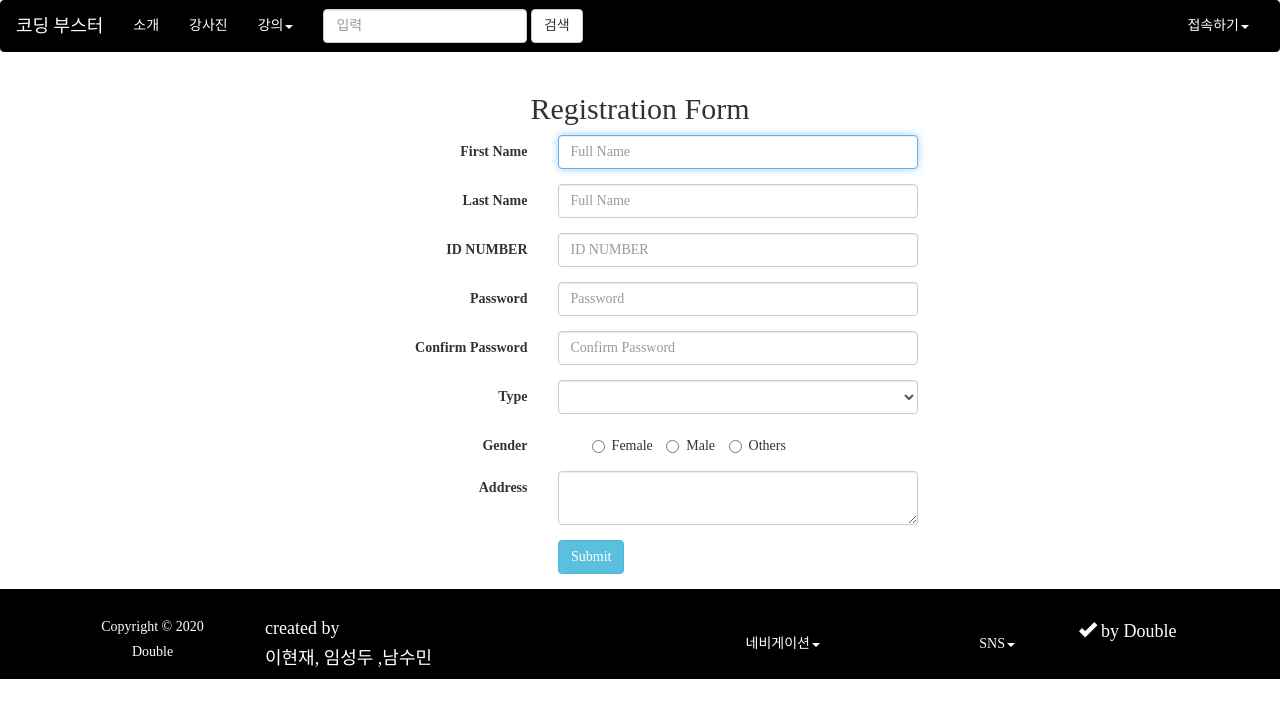
Repository: CSID-DGU/2020-1-ESCD-DOUBLE
Page: http://localhost/web/WEB-INF/views/register/registerForm.jsp
The author's editor kept a copy of each file at every save. The page is drawn from the files as they stood at one save, then again after the next save.
The browser window is 1280 px wide. The pictures show the whole page.
Some web fonts or font styles are not loaded; a fallback is used. Some web libraries are served in a nearby version. The page is served by Tomcat 9. Nobody is signed in. The template is opened directly, without the code that normally fills it, so the values that code supplies are empty.

Above is the page before, as saved 2020-04-29 07:57:20.

After the next save:
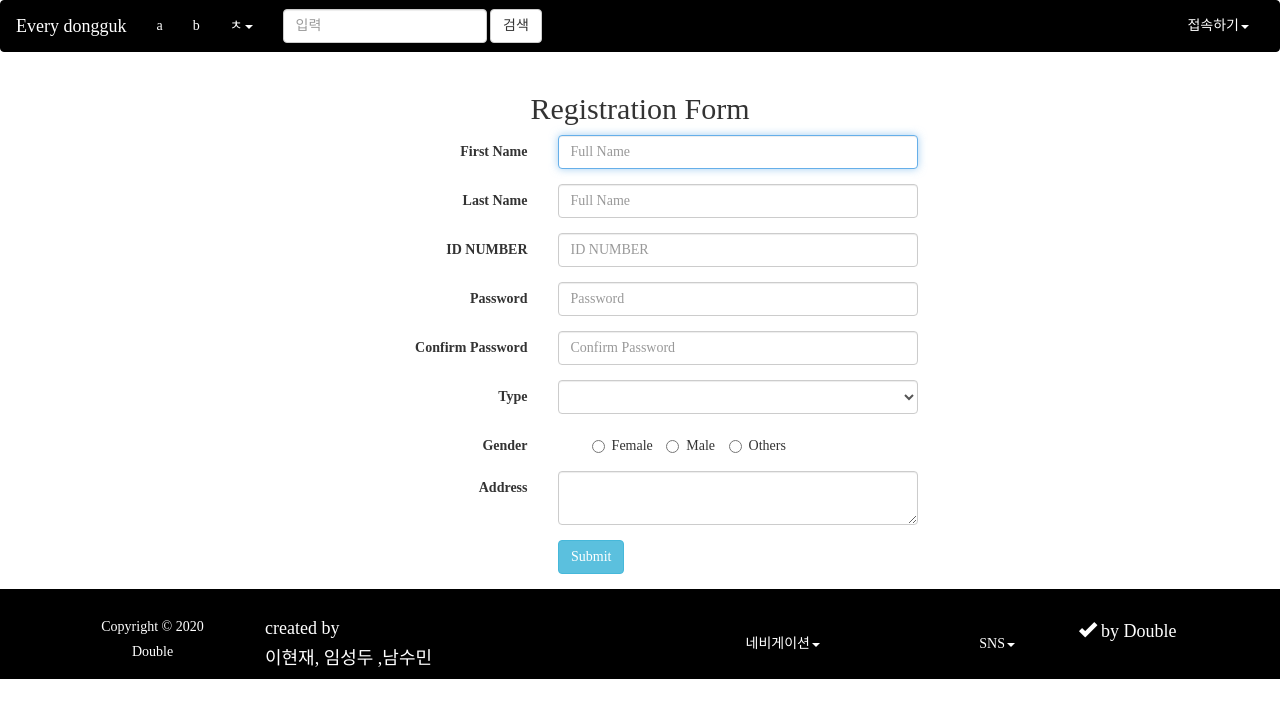
Saved 10 s later.
--- a/web/src/main/webapp/WEB-INF/views/register/registerForm.jsp
+++ b/web/src/main/webapp/WEB-INF/views/register/registerForm.jsp
@@ -16,56 +16,8 @@
 
 
 </style>
-<nav class="navbar navbar-default">
-	<div class="container-fluid">
 
-		<div class="navbar-header">
-			<button type="button" class="navbar-toggle collapsed" data-toggle="collapse"
-			data-target="#bs-example-navbar-collapse-1" aria-expanded="false"><!-- 크기를 줄였을때 나타나는 버튼 -->
-				<span class="sr-only"></span>
-				<span class="icon-bar"></span>
-				<span class="icon-bar"></span>
-				<span class="icon-bar"></span>
-			</button>
-			<a class="navbar-brand" href="index.jsp">코딩 부스터</a>
-		</div>
-
-		<div class="collapse navbar-collapse" id="bs-example-navbar-collapse-1"><!-- 네비 중간 대부분을 차지함 -->
-			<ul class="nav navbar-nav">
-				<li class="active"><a href="index.jsp">소개<span class="sr-only"></span></a></li>
-				<li><a href="instructor.jsp">강사진</a></li>
-				<li class="dropdown">
-				<a href="#" class="dropdown-toggle" data-toggle="dropdown" role="button"
-				aria-haspopup="true" aria-expanded="false">강의<span class="caret"></span></a><!-- dropdown 연결이 어떤식인지는 모르겠지만 -->
-					<ul class="dropdown-menu">
-						<li><a href="lecture.jsp?lectureName=C">c언어</a></li>
-						<li><a href="lecture.jsp?lectureName=Java">java</a></li>
-						<li><a href="lecture.jsp?lectureName=Android">안드로이드</a></li>
-					</ul>
-				</li>
-			</ul>
-			<form class="navbar-form navbar-left">
-				<div class="form-group">
-				<input type="text" class="form-control" placeholder="입력"></div>
-				<button type="submit" class="btn btn-default">검색</button>
-			</form>
-			<ul class="nav navbar-nav navbar-right">
-				<li class="dropdown">
-					<a href="#" class="dropdown-toggle" data-toggle="dropdown" role="button"
-					aria-haspopup="true" aria-expanded="false">접속하기<span class="caret"></span></a>
-					<ul class="dropdown-menu">
-						<li><a href="loginForm.jsp">로그인</a></li>
-						<li><a href="registerForm.jsp">회원가입</a></li>
-					</ul>
-
-				</li>
-			</ul>
-
-		</div>
-	</div>
-</nav>
-
-
+<%@include file="../template/header.jsp"%>
 
 
 
